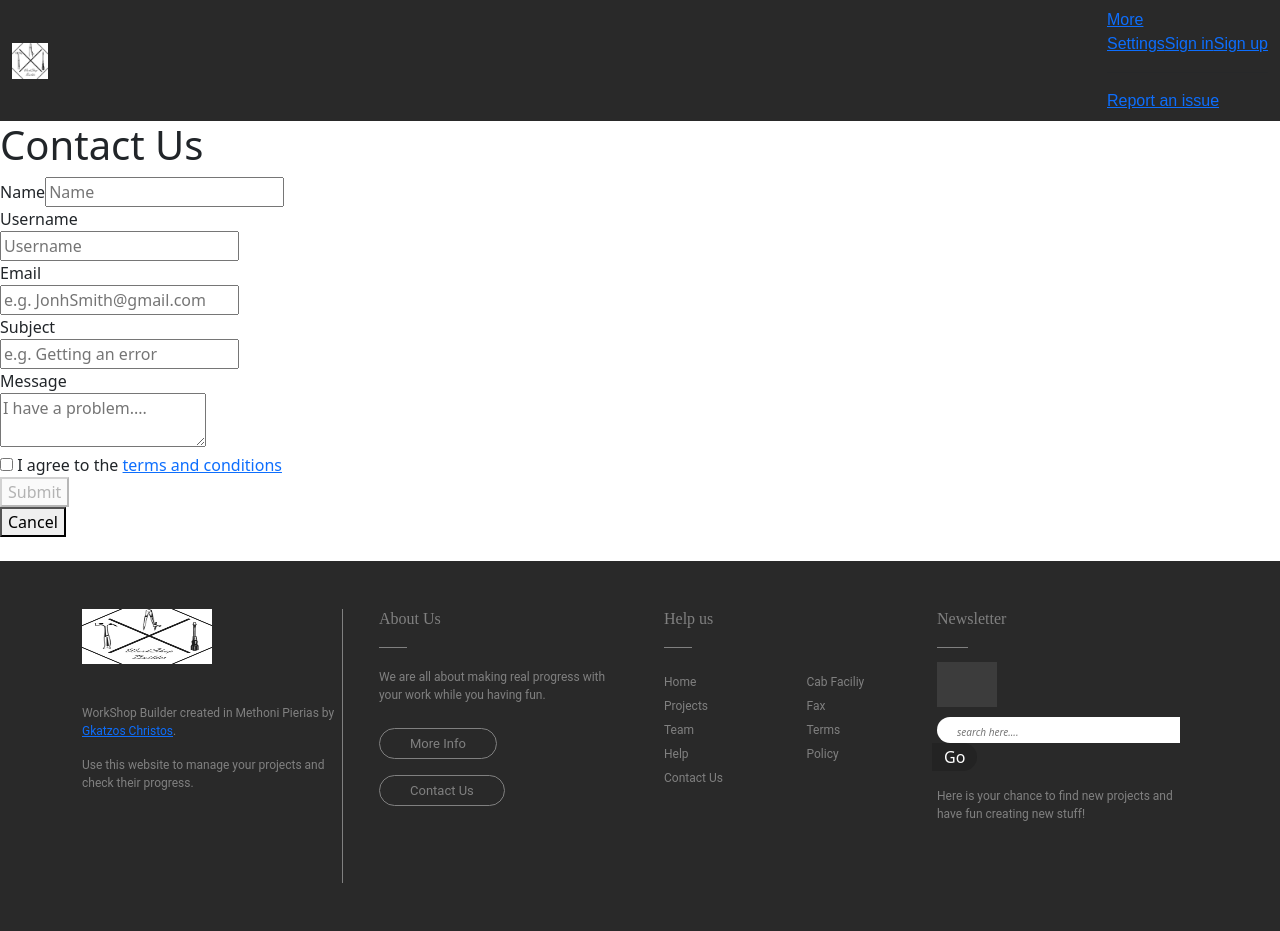
Repository: GkatzosChristos/workshop-builder-ui
Page: /contactUs (app in workshop-builder-ui/)
The author's editor kept a copy of each file at every save. The page is drawn from the files as they stood at one save, then again after the next save.
The browser window is 1280 px wide. The pictures show the whole page.
The project was rebuilt for these pictures with package versions that can differ from the ones it lists, and the page was loaded fresh each time. Also part of the build but not shown: workshop-builder-ui/angular.json, workshop-builder-ui/src/app/about-us/about-us.component.ts, workshop-builder-ui/src/app/home/home.component.ts, workshop-builder-ui/src/app/project/project.component.ts.

Above is the page before, as saved 2021-08-27 16:46:05.

After the next save:
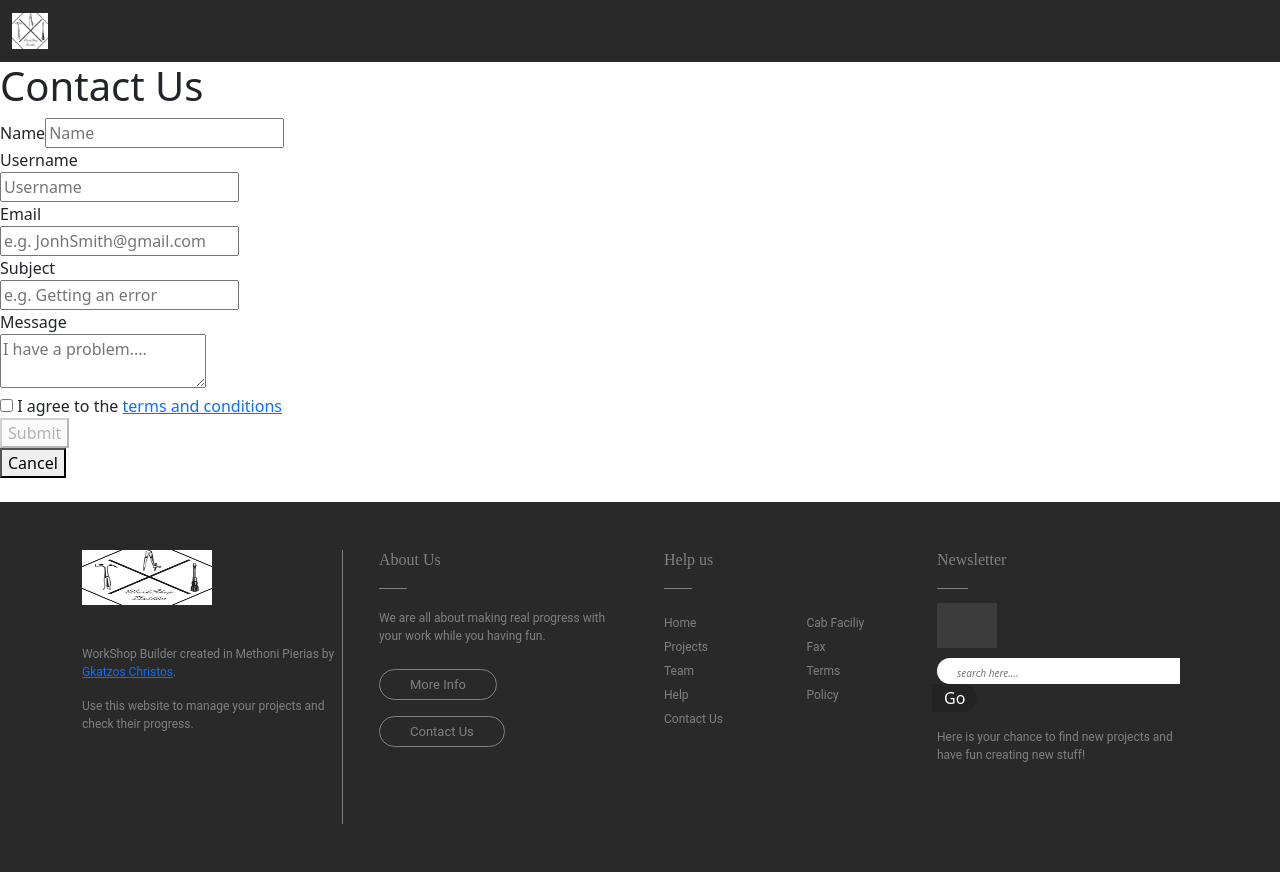
Saved 2 min 10 s later.
--- a/workshop-builder-ui/src/app/header/header.component.html
+++ b/workshop-builder-ui/src/app/header/header.component.html
@@ -26,36 +26,24 @@
                     <a class="navbar-item has-text-white " routerLink="/contactUs"><i class="fa fa-envelope mr-1"
                             aria-hidden="true"></i>Contact Us</a>
                 </li>
+                <li class="nav-item dropdown">
+                    <a class="nav-link dropdown-toggle" href="#" id="navbarScrollingDropdown" role="button" data-bs-toggle="dropdown" aria-expanded="false">
+                      Link
+                    </a>
+                    <ul class="dropdown-menu" aria-labelledby="navbarScrollingDropdown">
+                      <li><a class="dropdown-item" href="#">Settings</a></li>
+                      <li><a class="dropdown-item" href="#">Sign in</a></li>
+                      <li><a class="dropdown-item" href="#">Sign up</a></li>
+                      <li><hr class="dropdown-divider"></li>
+                      <li><a class="dropdown-item" href="#">Report an issue</a></li>
+                    </ul>
+                  </li>
             </ul>
             <form class="d-flex">
                 <input class="form-control me-2" type="text" placeholder="Find a project...">
                 <a class="btn btn-outline-success">Search</a>
             </form>
-            <div class="control has-addons">
-                <p class="control is-expanded">
-            </div>
-            <div class="control">
-
-            </div>
         </div>
-        <div class="navbar-end">
-            <div class="navbar-item has-dropdown is-hoverable">
-                <a class="navbar-link has-text-white">
-                    More
-                </a>
-                <div class="navbar-dropdown is-right has-background-dark ">
-                    <a class="navbar-item has-text-white" href="#"><i class="fa fa-cog mr-1"
-                            aria-hidden="true"></i>Settings</a>
-                    <a class="navbar-item has-text-white" href="#"><i class="fa fa-sign-in mr-1"
-                            aria-hidden="true"></i>Sign in</a>
-                    <a class="navbar-item has-text-white" href="#"><i class="fa fa-user-plus mr-1"
-                            aria-hidden="true"></i>Sign up</a>
-                    <hr class="navbar-divider">
-                    <a class="navbar-item has-text-white" href="/contactUs"><i class="fa fa-exclamation-triangle mr-1"
-                            aria-hidden="true"></i>Report an issue</a>
-                </div>
-            </div>
         </div>
-    </div>
     </nav>
 </header>
